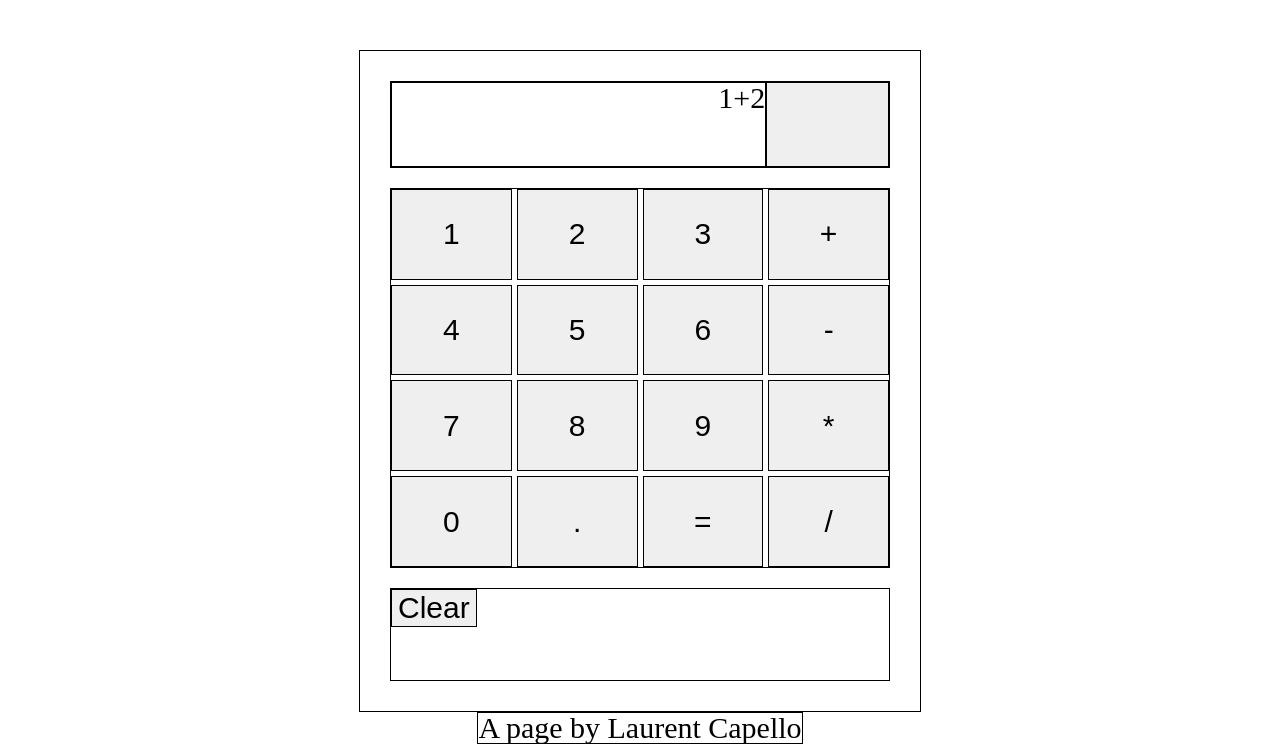
Repository: sokafootball/js-calculator
Page: index.html
These files come from the project's save history. The page is drawn as it stood at one moment and after the next save; the edit follows.
The browser window is 1280 px wide. The pictures show the whole page.

Above is the page before, as saved 2020-04-25 10:47:32.

After the next save:
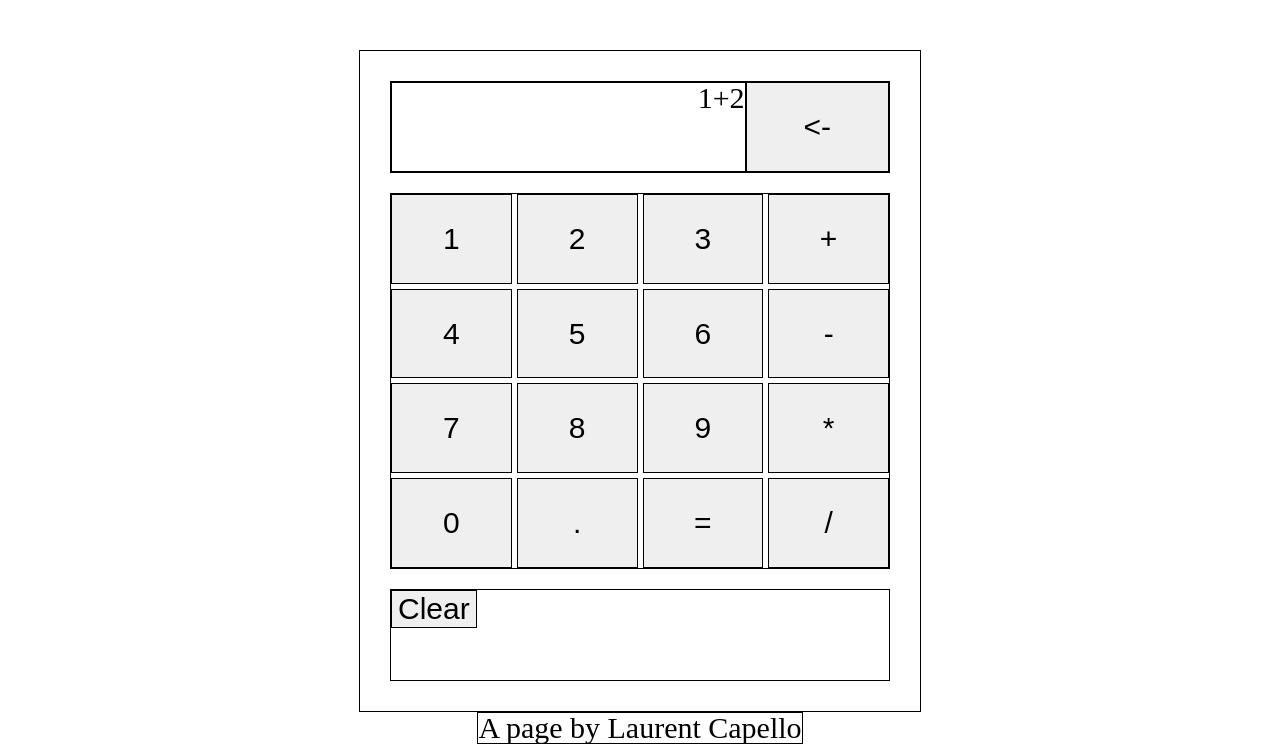
Saved 26 s later.
--- a/index.html
+++ b/index.html
@@ -9,7 +9,7 @@
   <div id="calculator">
     <div id="calc-top">
       <div id="display">1+2</div>
-      <button id="backspace" class="button"></button>
+      <button id="backspace" class="button"><-</button>
     </div>
     <div id="calc-mid">
       <button class="button">1</button>
